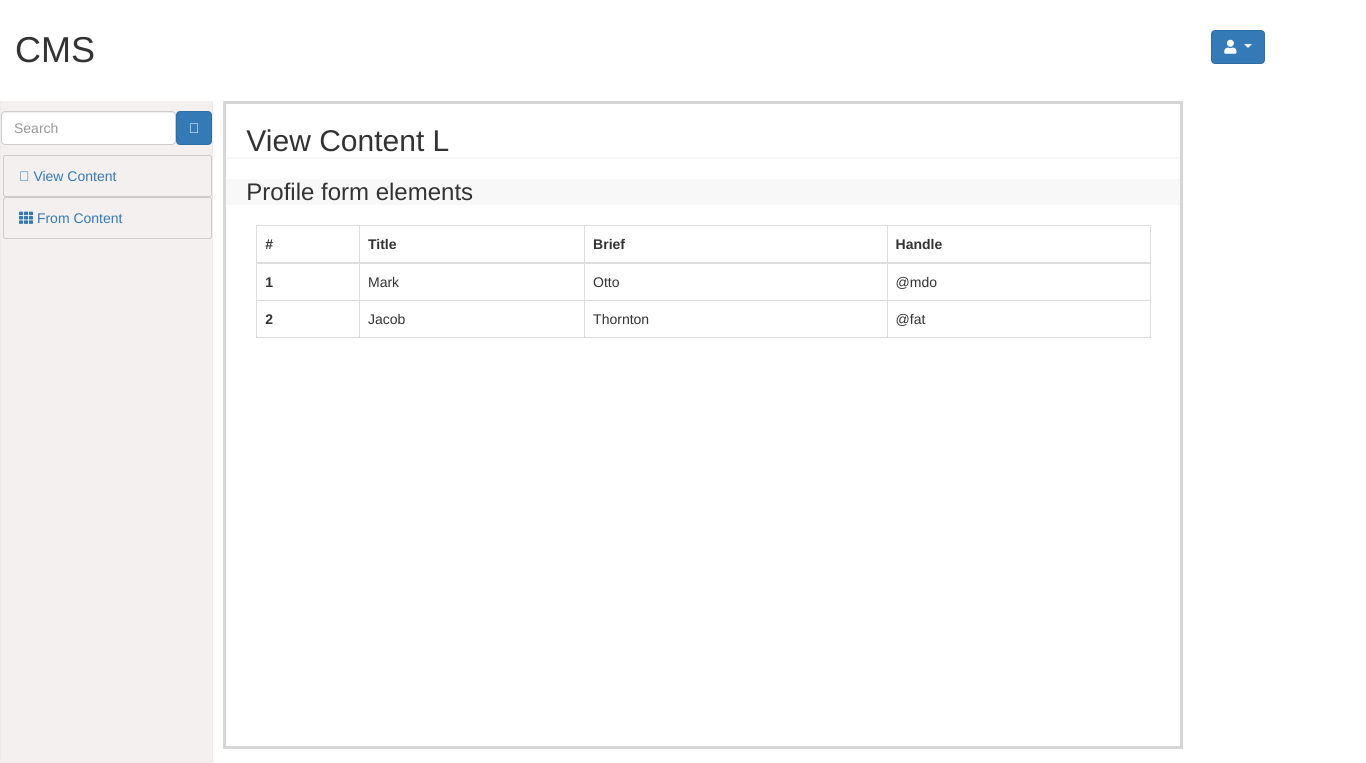
Repository: NgocNB20/travel
Page: NgocNb20_assigment8_9/view.html
An editor plug-in stored every save of this project. The page is shown before and after the next save, followed by the edit.
The browser window is 1280 px wide. The page is 1366 px wide, so the pictures cover 1366 px, including what lies to the right of the window. The pictures show the whole page.
Some web libraries are served in a nearby version.

Above is the page before, as saved 2021-10-06 01:17:31.

### NgocNb20_assigment8_9/view.html
<!DOCTYPE html>
<html>

<head>
    <meta name="viewport" content="width=device-width, initial-scale=1.0">
    <link rel="stylesheet" href="https://maxcdn.bootstrapcdn.com/bootstrap/4.0.0/css/bootstrap.min.css"
        integrity="sha384-Gn5384xqQ1aoWXA+058RXPxPg6fy4IWvTNh0E263XmFcJlSAwiGgFAW/dAiS6JXm" crossorigin="anonymous">
    <link rel="canonical" href="https://getbootstrap.com/docs/5.1/examples/sidebars/">
    <link rel="stylesheet" href="https://maxcdn.bootstrapcdn.com/bootstrap/3.4.1/css/bootstrap.min.css">
    <link rel="stylesheet" href="https://pro.fontawesome.com/releases/v5.10.0/css/all.css"
        integrity="sha384-AYmEC3Yw5cVb3ZcuHtOA93w35dYTsvhLPVnYs9eStHfGJvOvKxVfELGroGkvsg+p" crossorigin="anonymous" />
    <link rel="stylesheet" href="./add.css">
    <script src="https://ajax.googleapis.com/ajax/libs/jquery/3.4.1/jquery.min.js"></script>
    <script src="https://maxcdn.bootstrapcdn.com/bootstrap/3.4.1/js/bootstrap.min.js"></script>
</head>

<body>
    <div class="content">
        <div class="container-fluid">
            <div class="row menu-header">
                <div class="col-6">
                    <h1 class="page-header ">CMS</h1>
                </div>
                <div class="col-6">
                    <div class="btn-group">
                        <button class="btn btn-primary dropdown-toggle" type="button" id="dropdownMenuButton"
                            data-toggle="dropdown">
                            <i class="fas fa-user"></i>
                        </button>
                        <div class="dropdown-menu">
                            <a class="dropdown-item" href="#"><i class="fas fa-sign-out-alt"></i>Logout</a>
                            <a class="dropdown-item" href="#"><i class="fas fa-user"></i>User profile</a>
                        </div>
                    </div>
                </div>
            </div>

        </div>
        <div class="container-fluid">

            <div class="row">
                <div class="col-3"></div>
            </div>
            <div class="row">

                <div class="col-2 sidebar-left mb-auto flex-column">
                    <div class="search">
                        <input type="email" class="form-control search-query" placeholder="Search">
                        <button type="submit" class="btn btn-primary btn-search"><i class="fad fa-search"></i></button>

                    </div>
                    <ul class="nav nav-pills flex-column mb-auto">
                        <li class="nav-item">
                        </li>
                        <li>
                            <a href="#" class="nav-link link-dark">
                                <i class="fal fa-pen-square"></i> View Content
                            </a>
                        </li>
                        <li>
                            <a href="#" class="nav-link link-dark">
                                <i class="fas fa-th"></i> From Content
                            </a>
                        </li>

                    </ul>

                </div>
                <div class="col-9 sidebar-right">
                    <h2 class="title-add">View Content L</h2>
                    <h3 class="title-form">Profile form elements</h3>
                    <div class="container ">
                        <div class="row form">
                            <div class="col-10">
                                <table class="table table-bordered">
                                    <thead>
                                      <tr>
                                        <th scope="col">#</th>
                                        <th scope="col">Title</th>
                                        <th scope="col">Brief</th>
                                        <th scope="col">Handle</th>
                                      </tr>
                                    </thead>
                                    <tbody>
                                      <tr>
                                        <th scope="row">1</th>
                                        <td>Mark</td>
                                        <td>Otto</td>
                                        <td>@mdo</td>
                                      </tr>
                                      <tr>
                                        <th scope="row">2</th>
                                        <td>Jacob</td>
                                        <td>Thornton</td>
                                        <td>@fat</td>
                                      </tr>

                                    </tbody>
                                  </table>
                            </div>

                        </div>

                    </div>
                </div>
            </div>
        </div>
    </div>


</body>

</html>

### NgocNb20_assigment8_9/add.css
.content{
    width: 100%;
    height: 100vh;

}
.page-header h1{
    color:#a69c98;
    text-align: left;
}
.header {

    background-color:#f0eaeab4;
     height: 8vh;
     align-items: center;
    border: 1px solid #f0eaeab4;

}
.sidebar-left{
    background-color:#f0eaeab4;
    border: 1px solid #f0eaeab4;
    height:92vh;
    border-top: 0px;

}
.d-flex.flex-column.flex-shrink-0.p-3.bg-light {
    width: 100%;
}
.col-2.sidebar-left {
    padding: 0;
}
.d-flex.flex-column.flex-shrink-0.bg-light {
    height: 100%;
}


.form {

    margin: 0;

    padding: 0;

}
.title-add{
    padding-left: 2rem;
    margin-top: 2rem;
    margin-bottom: 1rem;
    border-bottom: 2px solid #f8f8f8;

}
h3.title-form {
     padding-left: 2rem;
     background-color:#f8f8f8;
    margin-bottom: 0;
}

.col-9.sidebar-right {
    margin-left: 1rem;
    padding: 0;
    border: 3px solid #3333;
    height: 90vh;
}
.btn-search{
 cursor: pointer;
 margin: 0;
}
.search {

    display: flex;
    justify-content: flex-start;
    margin-top: 1rem;

}
.search-query{
    width: 70%;
}
h3.title-form {
    margin-bottom: 2rem;
}

.form-desc{
    font-weight: bold;
}
.page-header {
    padding-bottom: 0;
    margin:0;
    border-bottom:0 solid #eee;
}
.row.menu-header {
    justify-content: space-between;
    margin-top: 3rem;
    margin-bottom: 3rem;
}
.row.menu-header {
    text-align: right;
}
h1.page-header {
    text-align: left;
}

.dropdown-menu {
    position: absolute;
    top: 100%;
    left: -62px;
    z-index: 1000;
    display: none;
    float: left;
    min-width: 120px;
    padding: 5px 0;
    margin: 2px 0 0;
    font-size: 14px;
    text-align: left;
    list-style: none;
    background-color: #fff;
    background-clip: padding-box;
    border: 1px solid #ccc;
    border: 1px solid rgba(0,0,0,.15);
    border-radius: 4px;
    -webkit-box-shadow: 0 6px 12px rgb(0 0 0 / 18%);
    box-shadow: 0 6px 12px rgb(0 0 0 / 18%);
}
a.nav-link.link-dark {
    border: 1px solid #3333;
}
ul.nav.nav-pills.flex-column.mb-auto {
    margin-top: 1rem;
}
input.form-control.search-query {
    flex: 1 0 60%;
}

After the next save:
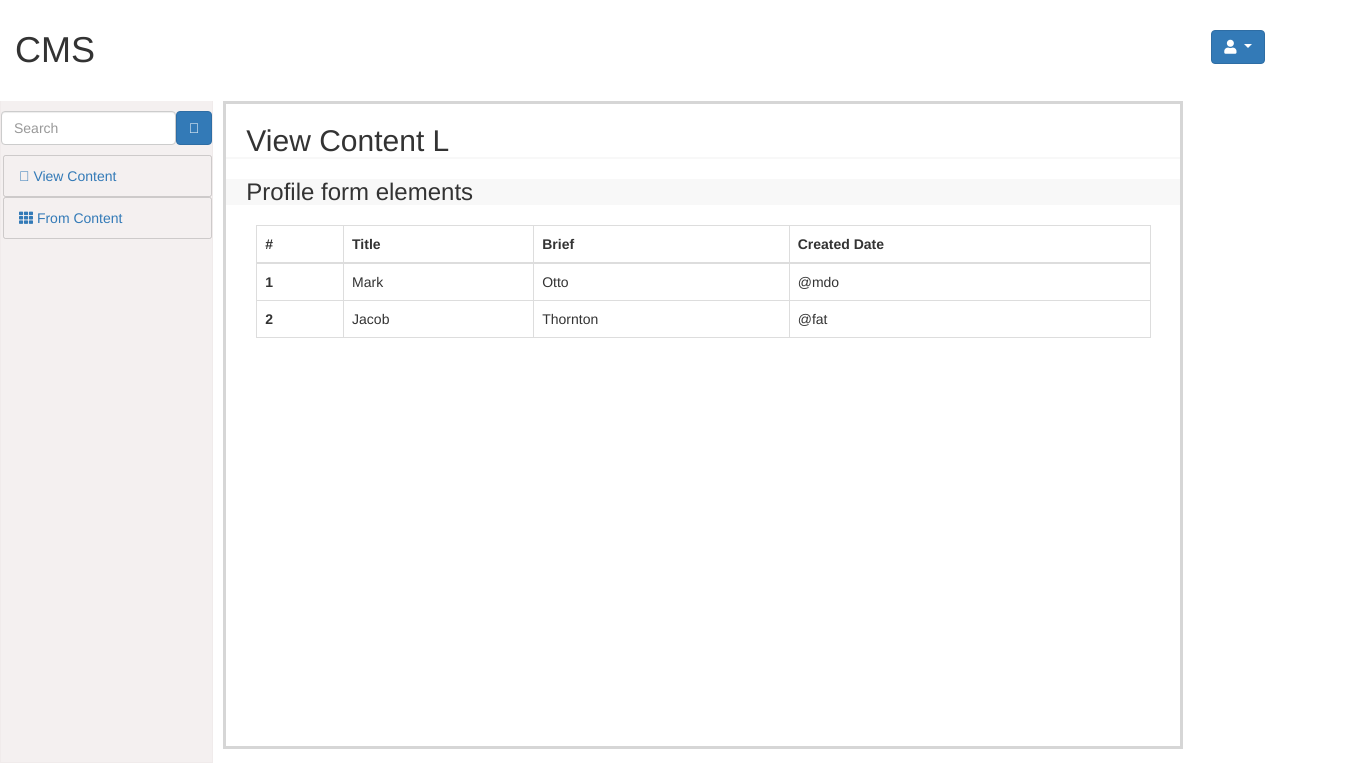
Saved 25 s later.
--- a/NgocNb20_assigment8_9/view.html
+++ b/NgocNb20_assigment8_9/view.html
@@ -78,7 +78,7 @@
                                         <th scope="col">#</th>
                                         <th scope="col">Title</th>
                                         <th scope="col">Brief</th>
-                                        <th scope="col">Handle</th>
+                                        <th scope="col">Created Date</th>
                                       </tr>
                                     </thead>
                                     <tbody>
